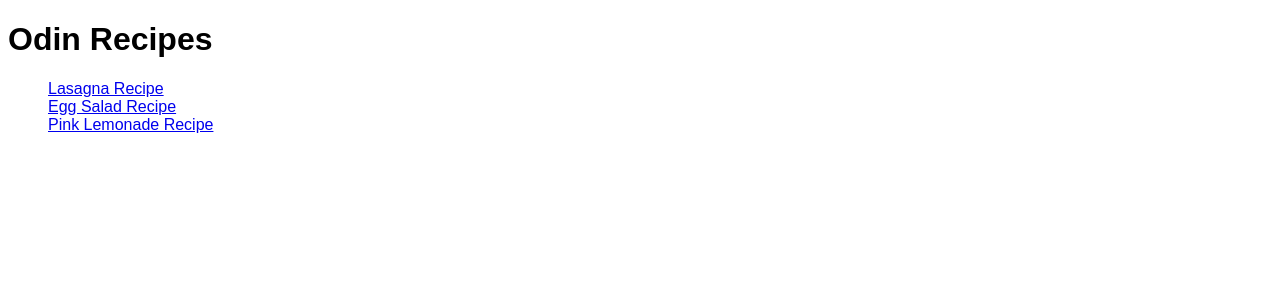
Repository: rsoetydev/odin-recipes
Page: index.html
An editor plug-in stored every save of this project. The page is shown before and after the next save, followed by the edit.
The browser window is 1280 px wide. The pictures show the whole page.

Above is the page before, as saved 2023-11-25 11:56:09.

After the next save:
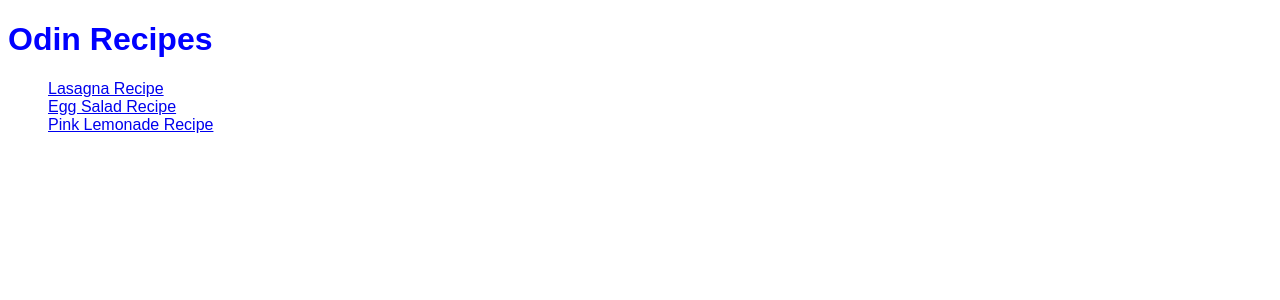
Saved 24 s later.
--- a/style.css
+++ b/style.css
@@ -7,5 +7,5 @@ ul {
 }
 
 h1 {
-
+    color:blue;
 }
